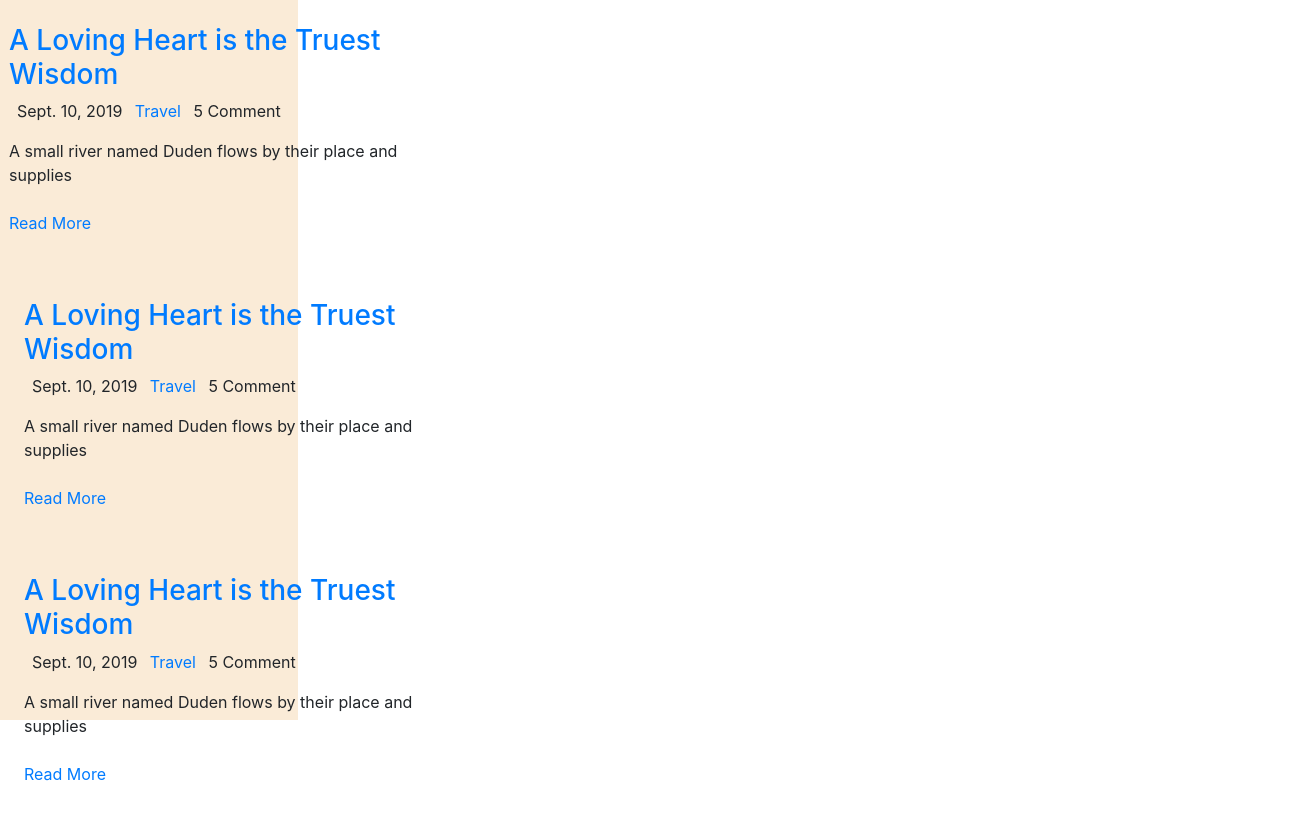
Repository: tts2610/GoogleNews
Page: index.html
An editor plug-in stored every save of this project. The page is shown before and after the next save, followed by the edit.
The browser window is 1280 px wide. The page is 1295 px wide, so the pictures cover 1295 px, including what lies to the right of the window. The pictures show the whole page.
The page's requests for data from a server got no answer.

Above is the page before, as saved 2020-05-20 13:24:32.

After the next save:
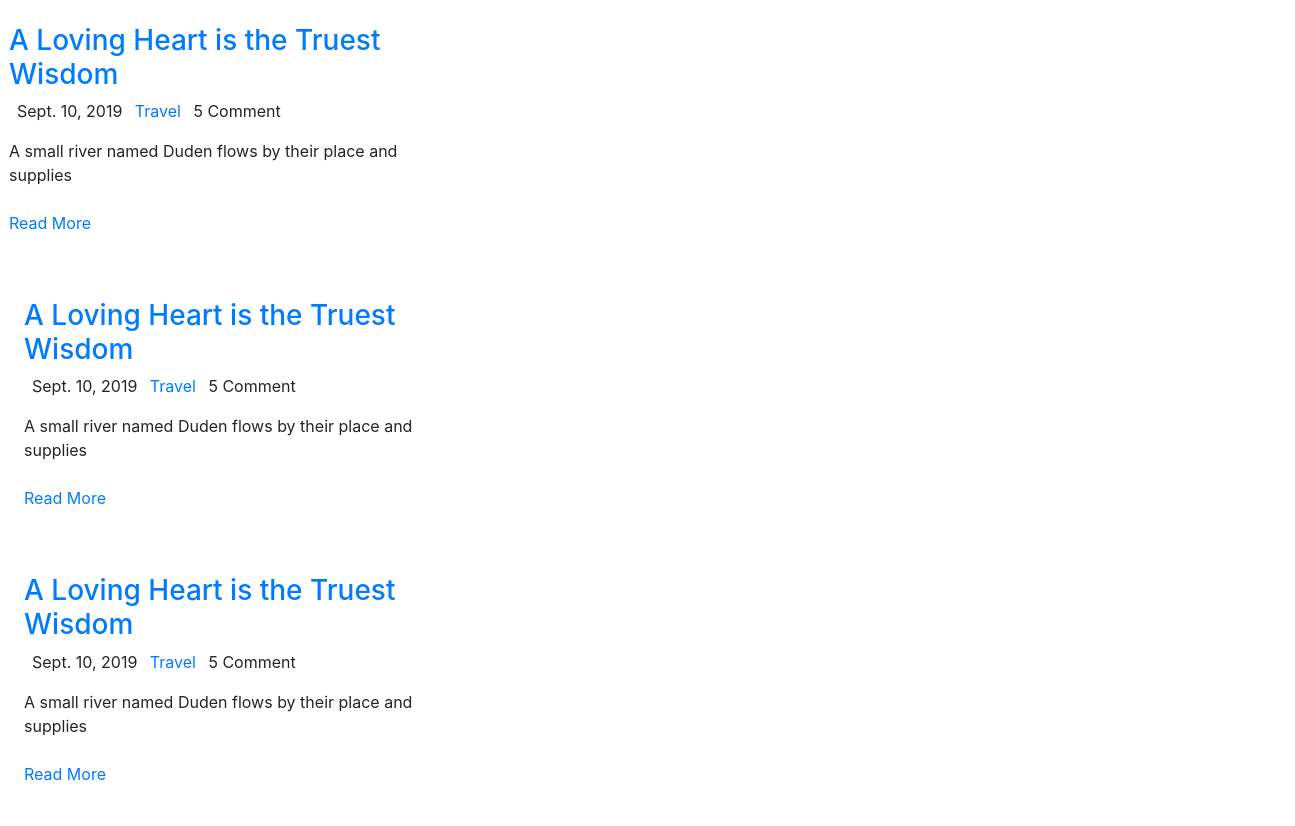
Saved 88 s later.
--- a/css/style.css
+++ b/css/style.css
@@ -1,9 +1,23 @@
-.navbar {
-    background-color: antiquewhite;
-    height: 100vh;
-    width: 100%;
+body {
+    margin: 0
 }
 
-body {
-    overflow: hidden;
+.container {
+    display: flex;
 }
+
+.sidenav {
+    height: 100vh;
+    width: 200px;
+    float: left;
+    position: relative;
+    background-color: blue;
+}
+
+.content {
+    height: 100vh;
+    width: calc(100% - 200px);
+    float: right;
+    position: relative;
+    background-color: red;
+}
